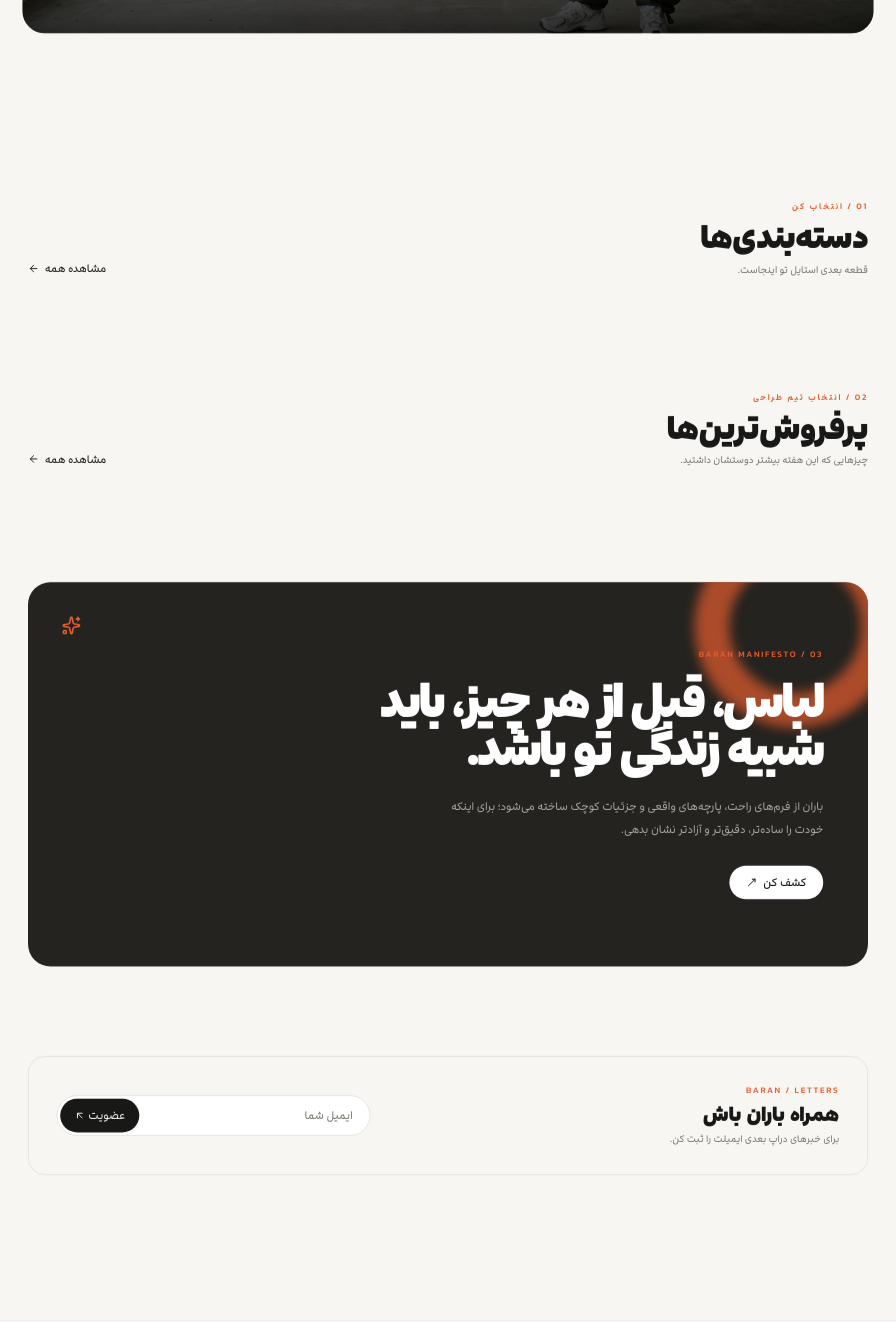
Repository: bardiya185/Clothing_store
Page: / (app in clothing-store/update/clothing-store/frontend/)
These files come from the project's save history. The page is drawn as it stood at one moment and after a run of saves; the edit follows.
The browser window is 1280 px wide. The pictures show the part of the page from y = 661 to 2581 px (the page is 2864 px tall before and 3024 px after), at 70% of full size.
The page's requests for data from a server got no answer. The project was rebuilt for these pictures with package versions that can differ from the ones it lists, and the page was loaded fresh each time. The framework's server and built-in components were replaced by stand-ins that run in the browser. No one was signed in, and anything a server would have sent is missing. Also part of the build but not shown: clothing-store/update/clothing-store/frontend/next.config.ts, clothing-store/update/clothing-store/frontend/components/catalog/ProductCard.tsx.

Above is the page before, as saved 2026-10-02 16:29:05.

After the next 3 saves:
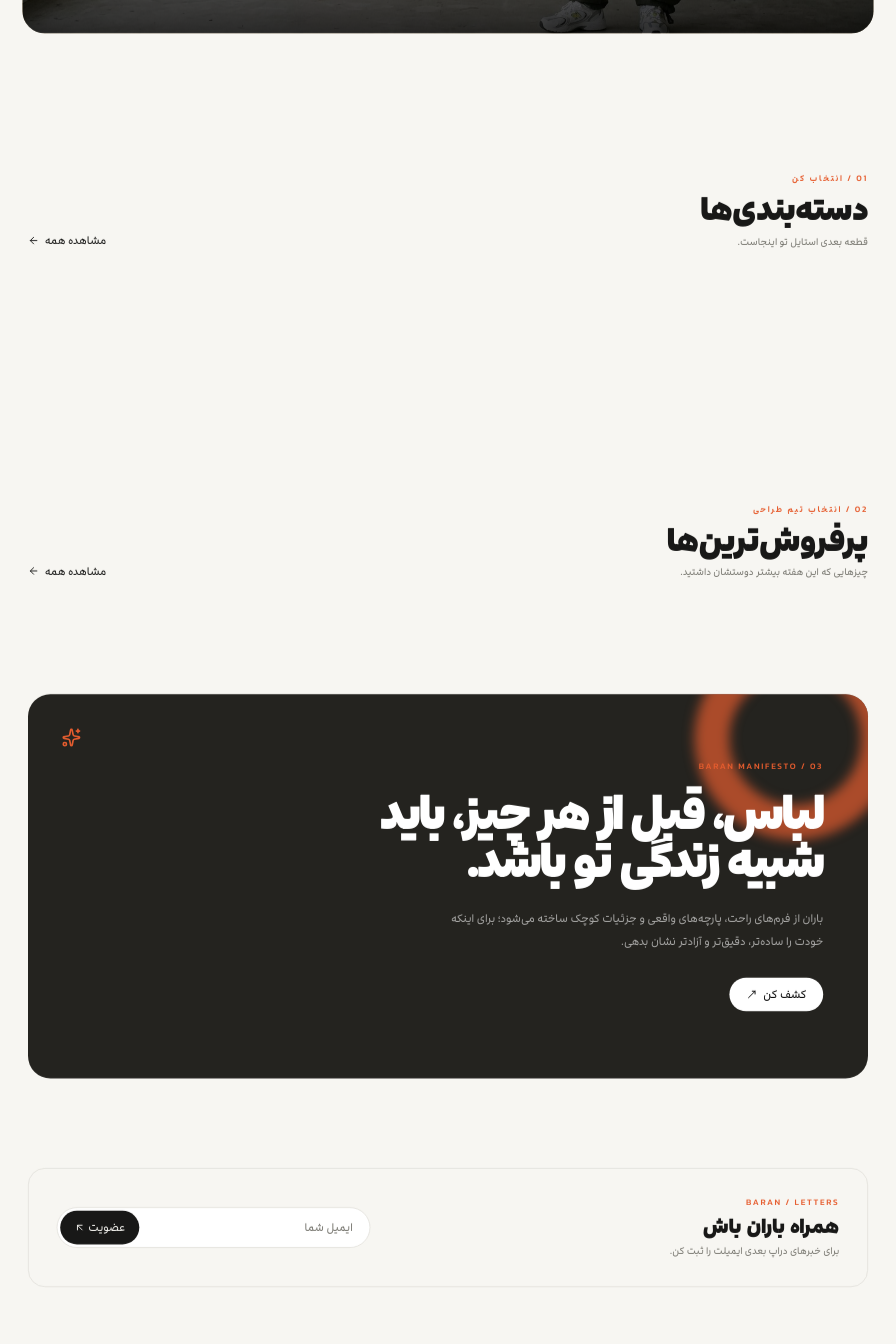
The 3 saves are shown as one change because they came seconds apart.
The last was saved 8 s later.
--- a/clothing-store/update/clothing-store/frontend/app/page.tsx
+++ b/clothing-store/update/clothing-store/frontend/app/page.tsx
@@ -90,7 +90,7 @@ export default function HomePage() {
       <br />
       <br />
       <CampaignBlocks />
-      <section className="mx-auto max-w-[1440px] mt-10 px-5 py-24 md:px-10 md:py-32">
+      <section className="mx-auto max-w-[1440px] mb-50 px-5 py-24 md:px-10 md:py-32">
         <div className="mb-9 flex items-end justify-between gap-5">
           <div>
             <p className="mb-3 text-xs font-bold uppercase tracking-[.2em] text-accent">
